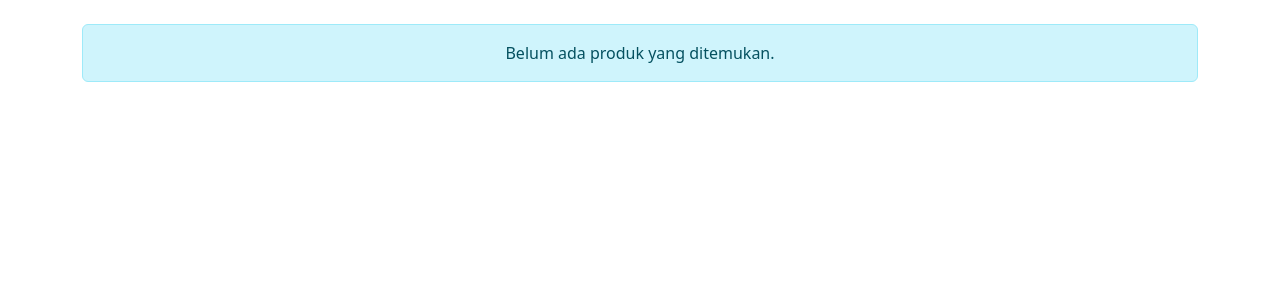
Repository: athalantis/SMart
Page: http://localhost/process_order.php
The author's editor kept a copy of each file at every save. The page is drawn from the files as they stood at one save, then again after the next save.
The browser window is 1280 px wide. The pictures show the whole page.
The page is run by PHP 8.4 with error messages shown; the project is at /var/www/html/. The session is filled in as if someone had signed in: {"username": "testuser", "name": "Test User", "role": "admin", "user_id": 1}. Queries for data that is not in the repository find no rows.

Above is the page before, as saved 2025-05-04 00:29:12.

After the next save:
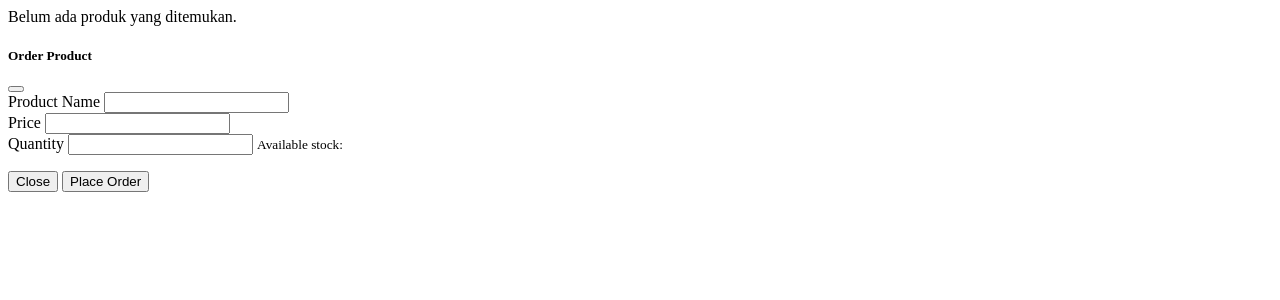
Saved 5 s later.
--- a/process_order.php
+++ b/process_order.php
@@ -34,15 +34,6 @@
 $result = mysqli_query($conn, $query);
 ?>
 
-<!DOCTYPE html>
-<html>
-<head>
-    <title>Product List</title>
-    <link href="https://cdn.jsdelivr.net/npm/bootstrap@5.3.0/dist/css/bootstrap.min.css" rel="stylesheet">
-    <script src="https://cdn.jsdelivr.net/npm/bootstrap@5.3.0/dist/js/bootstrap.bundle.min.js"></script>
-    <script src="https://code.jquery.com/jquery-3.6.0.min.js"></script>
-</head>
-<body>
     <div class="container mt-4">
         <div class="row">
             <?php

After the 2 saves that followed:
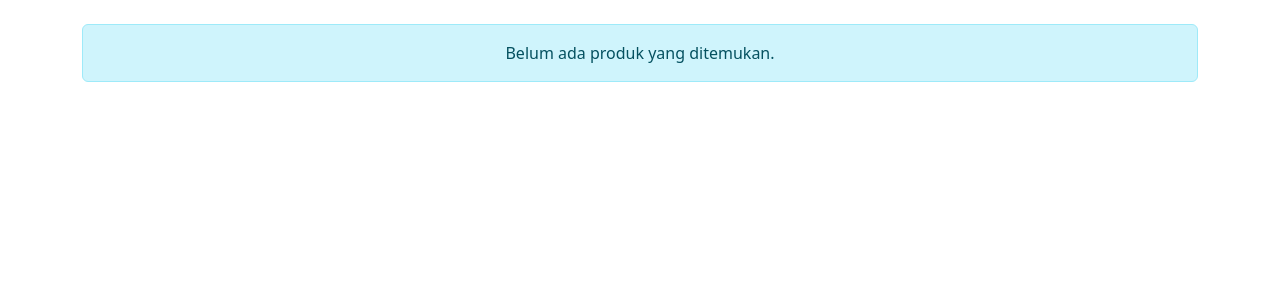
The 2 saves are shown as one change because 1 left the picture as it was.
The last was saved 12 s later.
--- a/process_order.php
+++ b/process_order.php
@@ -34,6 +34,15 @@
 $result = mysqli_query($conn, $query);
 ?>
 
+<!DOCTYPE html>
+<html>
+<head>
+    <title>Product List</title>
+    <link href="https://cdn.jsdelivr.net/npm/bootstrap@5.3.0/dist/css/bootstrap.min.css" rel="stylesheet">
+    <script src="https://cdn.jsdelivr.net/npm/bootstrap@5.3.0/dist/js/bootstrap.bundle.min.js"></script>
+    <script src="https://code.jquery.com/jquery-3.6.0.min.js"></script>
+</head>
+<body>
     <div class="container mt-4">
         <div class="row">
             <?php
